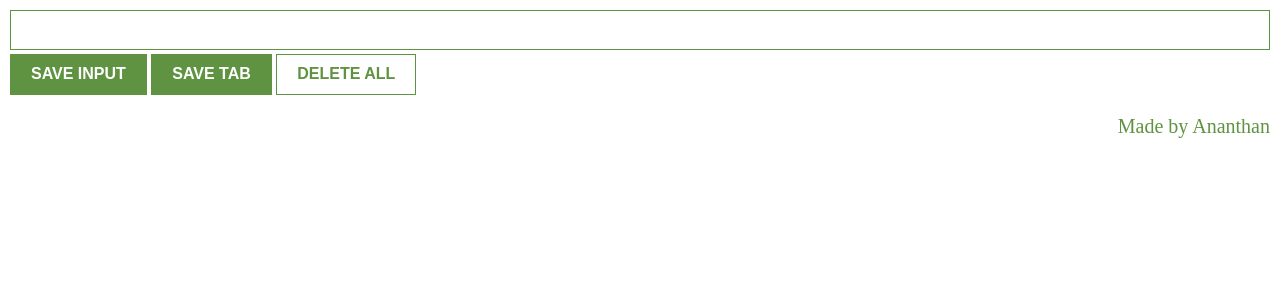
Repository: ananthantharma/Chrome-Extension
Page: index.html
An editor plug-in stored every save of this project. The page is shown before and after the next save, followed by the edit.
The browser window is 1280 px wide. The pictures show the whole page.

Above is the page before, as saved 2022-07-20 23:18:18.

### index.html
<html>
    <head><link rel="stylesheet" href="https://cdnjs.cloudflare.com/ajax/libs/normalize/8.0.1/normalize.css">
        <link rel="stylesheet" href="index.css">

    </head>
    <body>
        <input type="text" id="input-el">
        <button id="input-btn">SAVE INPUT</button>
        <button id="tab-btn">SAVE TAB</button>
        <button id="delete-btn">DELETE ALL</button>
        <ul id="ul-el">
        </ul>
        <script src="index.js"></script>
    </body>
    <footer>Made by Ananthan</footer>
</html>

### index.css
body {
    margin: 0;
    padding: 10px;
    font-family: Arial, Helvetica, sans-serif;
    min-width: 400px;
}
footer{
    font-family: 'Brush Script MT', cursive;
    font-size:20px;
    font-style:none;
    font-weight: normal;
    color: #5f9341;
    text-align: right;
}
input {
    width: 100%;
    padding: 10px;
    box-sizing: border-box;
    border: 1px solid #5f9341;
    margin-bottom: 4px;
}

button {
    background: #5f9341;
    color: white;
    padding: 10px 20px;
    border: 1px solid #5f9341;
    font-weight: bold;
}

#delete-btn {
    background: white;
    color: #5f9341;
}

ul {
    margin-top: 20px;
    list-style: none;
    padding-left: 0;
}

li {
    margin-top: 5px;
}

a {
    color: #5f9341;
}

#delete-icon {
    background: white;
    color: #5f9341;
    font-family: Arial, Helvetica, sans-serif;
    font-size:10px;

    margin: 0;
    padding: 0;
    margin-left: 4px;

    line-height: normal;
}
.small-btn{
    background: white;
    color: #5f9341;
    font-family: Arial, Helvetica, sans-serif;
    font-size:10px;

    margin: 0;
    padding: 0;
    margin-left: 4px;

    line-height: normal;
}

### index.js
let myLeads = []
const inputEl = document.getElementById("input-el")
const inputBtn = document.getElementById("input-btn")
const ulEl = document.getElementById("ul-el")
const deleteBtn = document.getElementById("delete-btn")
const leadsFromLocalStorage = JSON.parse( localStorage.getItem("myLeads") )
const tabBtn = document.getElementById("tab-btn")
const li=document.createElement("li")



if (leadsFromLocalStorage) {
    myLeads = leadsFromLocalStorage
    render(myLeads)
   }

tabBtn.addEventListener("click", function(){
    chrome.tabs.query({active: true, currentWindow: true}, function(tabs){
        myLeads.push(tabs[0].url)
        localStorage.setItem("myLeads", JSON.stringify(myLeads) )

        let a5=document.createElement('a')
        let list5 =document.createElement("li")
        let button5=document.createElement('button')

        button5.className="small-btn"
        button5.id="small-button"
        button5.innerHTML="Delete";
        button5.onclick=function(){
            list5.remove()
            let index = myLeads.indexOf(tabs[0].url);
            //if (index !== -1) {
                myLeads.splice(index, 1);
                localStorage.setItem("myLeads", JSON.stringify(myLeads) )
            //}
        }
        a5.innerHTML=tabs[0].url
        a5.title =tabs[0].url
        a5.href=tabs[0].url



        ulEl.appendChild(list5)
        list5.appendChild(a5)
        list5.appendChild(button5)



        })
    })

function render(leads) {
    for (let i = 0; i < leads.length; i++) {
        //li.appendChild(document.createTextNode(leads[i]));
        let a=document.createElement('a')
        let list =document.createElement("li")
        let button=document.createElement("button")
        button.className="small-btn"
        button.id="small-button"
        button.innerHTML="Delete";
        //*********************************************** */
        button.onclick=function(){
            list.remove()
            let index = myLeads.indexOf(leads[i]);
            //if (index !== -1) {
                myLeads.splice(index, 1);
                localStorage.setItem("myLeads", JSON.stringify(myLeads) )
            //}
        }

        a.innerHTML=leads[i]
        a.title =leads[i]
        a.href=leads[i]

        ulEl.appendChild(list)
        list.appendChild(a)
        list.appendChild(button)



        }

          }

          function removebutton(parent) {

                this.parentElement.remove();
            }

    deleteBtn.addEventListener("dblclick", function() {
        myLeads = []
        localStorage.clear()
        document.getElementById('ul-el').innerHTML = '';
        console.log(myLeads)
        })





    inputBtn.addEventListener("click", function() {
        myLeads.push(inputEl.value)
        localStorage.setItem("myLeads", JSON.stringify(myLeads))

        let a1=document.createElement('a')
        let list1=document.createElement("li")

        let button2=document.createElement('button')
        button2.className="small-btn"
        button2.id="small-button"
        a1.innerHTML=inputEl.value
        a1.title =inputEl.value
        a1.href=inputEl.value

        button2.innerHTML="Delete"
        button2.onclick=function(){
            list1.remove()
            let index = myLeads.indexOf(inputEl.value);
            //if (index !== -1) {
                myLeads.splice(index, 1);
                localStorage.setItem("myLeads", JSON.stringify(myLeads) )
            //}
        }


        ulEl.appendChild(list1);
        list1.appendChild(a1)
        list1.appendChild(button2)


        inputEl.value = ""


        console.log(myLeads)
        })



        /* removeBtn && removeBtn.addEventListener("click", function(){
            myLeads.splice(this.i, 1);
            localStorage.setItem("myLeads", JSON.stringify(myLeads) )
            render(myLeads)
        }) */

     /*    function removebutton(i){
            myLeads.splice(i, 1);
            localStorage.setItem("myLeads", JSON.stringify(myLeads) )
            render(myLeads)
        } */

After the next save:
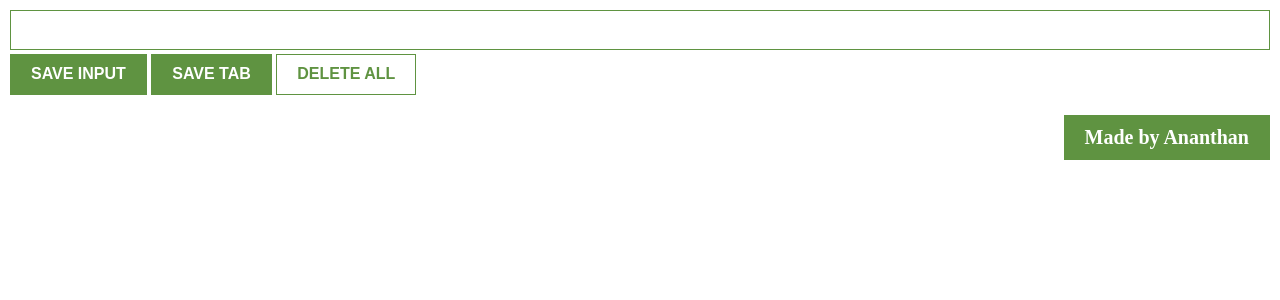
Saved 55 s later.
--- a/index.html
+++ b/index.html
@@ -12,5 +12,7 @@
         </ul>
         <script src="index.js"></script>
     </body>
-    <footer>Made by Ananthan</footer>
+    <footer>
+        <button id="ananthanMessage">Made by Ananthan</button>
+    </footer>
 </html>
